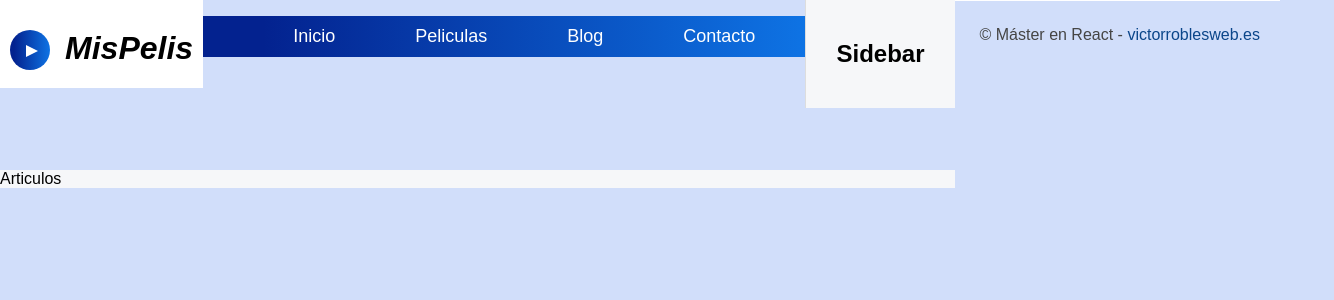
Repository: DamianBermudez94/frondEnd-blog
Page: /articulos
The author's editor kept a copy of each file at every save. The page is drawn from the files as they stood at one save, then again after the next save.
The browser window is 1280 px wide. The page is 1280 px wide, then 1334 px, so the pictures cover 1334 px, including what lies to the right of the window. The pictures show the whole page.
The project was rebuilt for these pictures with package versions that can differ from the ones it lists, and the page was loaded fresh each time. Also part of the build but not shown: vite.config.js, src/components/pages/Inicio.jsx, src/components/pages/Busqueda.jsx, src/components/pages/Crear.jsx, src/components/pages/Articulo.jsx.

Above is the page before, as saved 2023-08-07 19:27:57.

### index.html
<!doctype html>
<html lang="es">
  <head>
    <meta charset="UTF-8" />
    <link rel="icon" type="image/svg+xml" href="/vite.svg" />
    <meta name="viewport" content="width=device-width, initial-scale=1.0" />
    <title>Proyecto-blog</title>
  </head>
  <body>
    <div id="root"></div>
    <script type="module" src="/src/main.jsx"></script>
  </body>
</html>

### src/main.jsx

import ReactDOM from 'react-dom/client'
import App from './App.jsx'
import './index.css'

ReactDOM.createRoot(document.getElementById('root')).render(

    <App />

)

### src/App.jsx
import { Rutas } from "./router/rutas"



function App() {


  return (
    <div className="layout">
      <Rutas></Rutas>
    </div>
  )
}

export default App

### src/index.css
/*:root {
  font-family: Inter, system-ui, Avenir, Helvetica, Arial, sans-serif;
  line-height: 1.5;
  font-weight: 400;

  color-scheme: light dark;
  color: rgba(255, 255, 255, 0.87);
  background-color: #242424;

  font-synthesis: none;
  text-rendering: optimizeLegibility;
  -webkit-font-smoothing: antialiased;
  -moz-osx-font-smoothing: grayscale;
  -webkit-text-size-adjust: 100%;
}

a {
  font-weight: 500;
  color: #646cff;
  text-decoration: inherit;
}
a:hover {
  color: #535bf2;
}

body {
  margin: 0;
  display: flex;
  place-items: center;
  min-width: 320px;
  min-height: 100vh;
}

h1 {
  font-size: 3.2em;
  line-height: 1.1;
}

button {
  border-radius: 8px;
  border: 1px solid transparent;
  padding: 0.6em 1.2em;
  font-size: 1em;
  font-weight: 500;
  font-family: inherit;
  background-color: #1a1a1a;
  cursor: pointer;
  transition: border-color 0.25s;
}
button:hover {
  border-color: #000bdb;
}
button:focus,
button:focus-visible {
  outline: 4px auto -webkit-focus-ring-color;
}

@media (prefers-color-scheme: light) {
  :root {
    color: #213547;
    background-color: #ffffff;
  }
  a:hover {
    color: #000dff;
  }
  button {
    background-color: #f9f9f9;
  }
}*/


/*ESTILOS GENERALES*/

body{
  background: #d1defa;
  font-family: sans-serif, Arial, Helvetica;
  text-align: center;
  padding: 0px;
  margin: 0px;
  box-sizing: border-box;
}

.layout{
  width: 100%;
  height: auto;
  display: grid;
  grid-template-areas:
      "header header header header"
      "nav nav nav nav"
      "content content content lateral"
      "footer footer footer footer"
  ;
  grid-template-rows: 100px 70px auto 70px;
}

/*ESTILOS CABECERA*/

.header{
  grid-area: header;

  background: white;
  text-align: left;
  font-style: italic;

  display: flex;
  justify-content: center;
}

.logo{
  background: linear-gradient(90deg, #03228f 10%, #0e73e4 100%);
  width: 40px;
  height: 40px;
  border-radius: 300px;
  margin-top: 30px;
}

.play{
  width: 0;
  height: 0;
  margin-top: 15px;
  margin-left: 16px;
  border-left: 12px solid white;
  border-top: 6px solid transparent;
  border-bottom: 6px solid transparent;
}

.header h1{
  margin-left: 15px;
  margin-top: 30px;
}

/*ESTILOS DE LA BARRA DE NAVEGACIÓN*/

.nav{
  grid-area: nav;
  background: linear-gradient(90deg, #03228f 10%, #0e73e4 100%);
}

.nav > ul {
  display: flex;
  justify-content: center;
  align-items: center;
  list-style: none;
}

.nav li{
  padding: 10px;
}

.nav a {
  display: block;
  margin-left: 30px;
  margin-right: 30px;
  font-size: 18px;
  font-weight: lighter;
  color: white;
  text-decoration: none;
  transition: all 300ms;
}

.nav a:hover{
  transform: scale(1.1, 1.1);
}

/*ESTILOS PARA EL CONTENIDO PRINCIPAL*/

.content{
  grid-area: content;
  background: #f6f7f9;

  display: flex;
  flex-flow: row wrap;
  justify-content: flex-start;
  align-items: flex-start;
  flex-grow: 1;
}

.peli-item{
  flex-grow: 1;
  background: white;
  border-radius: 10px;
  box-shadow: 0px 0px 6px #ddd;
  margin: 20px;
  padding-top: 60px;
  padding-bottom: 60px;
  padding-left: 25px;
  padding-right: 25px;
}
.peli-item .edit{
  margin-right: 7px;
}
button,
input[type="submit"],
input[type="button"]{
  width: 100px;
  background: #0b70e1;
  color: white;
  border: 0;
  outline: 0;
  padding:15px;
  border-radius: 3px;
  margin-top:15px;
  text-transform: capitalize;
  font-size: 16px;
  font-weight: 500;
  cursor: pointer;
  transition: all 300ms;
}

.peli-item .edit:hover{
  background: #e77b00;
}

.peli-item .delete:hover{
  background: #9b0202;
}

/*ESTILOS BARRA LATERAL*/

.lateral{
  grid-area: lateral;
  background: #f6f7f9;
  border-left: 1px solid #ddd;
  padding: 20px;
}

.lateral > div{
  box-sizing: border-box;
  width: 90%;
  margin: 20px;
  padding: 20px;
  padding-top: 10px;
  background: white;
  border-radius: 10px;
  box-shadow: 0px 0px 6px #ddd;
}

.lateral input[type="text"],
.lateral input[type="text"],
.lateral textarea,
.edit_form input[type="text"],
.edit_form input[type="text"],
.edit_form textarea
{
  display: block;
  margin: 0 auto;
  margin-top: 15px;
  padding: 12px;
  border-radius: 5px;
  background: #f6f7f9;
  color: #454545;
  width: 80%;
  max-width: 250px;
  min-width: 250px;
  min-height: 30px;
  max-height: 250px;
  opacity: 4;
  outline: 0;
  border-color: transparent;
}
.no-encontrado{
  color: #9b0202;
}
.edit_form{
  border-top: 1px solid #ddd;
  margin-top: 10px;
}

/*ESTILOS PARA EL PIE DE PÁGINA*/
.footer{
  grid-area: footer;

  background: #d1defa;
  color: #454545;
  border-top: 1px solid white;
  text-align: left;
  line-height: 68px;
  padding-left: 25px;
}

.footer a{
  color: #0b468a;
  text-decoration: none;
}

@media (max-width: 1085px){
  .content {
      flex-flow: column wrap;
      justify-content: center;
      align-items: center;
  }

  .peli-item{
      width: 80%;
  }
}

### src/router/rutas.jsx
import React from "react";
import { BrowserRouter, Routes, Route, Navigate } from "react-router-dom";
import { Inicio } from "../components/pages/Inicio";
import { Busqueda } from "../components/pages/Busqueda";
import { Crear } from "../components/pages/Crear";
import Articulos from "../components/pages/Articulos";
import { Articulo } from "../components/pages/Articulo";
import { Header } from "../components/layout/Header";
import { Nav } from "../components/layout/Nav";
import { Footer } from "../components/layout/Footer";
import { Sidebar } from "../components/layout/Sidebar";


export const Rutas = ()=>{

    return(
        <BrowserRouter>
            {/*Layout*/}
            <Header></Header>
            <Nav></Nav>
            {/*Contenido principal y rutas*/}
            <section id="content" className="content">
                <Routes>
                    <Route path="/" element={<Inicio/>}/>
                    <Route path="/inicio" element={<Inicio/>}/>
                    <Route path="/busqueda" element={<Busqueda/>}/>
                    <Route path="/crear" element={<Crear/>}/>
                    <Route path="/articulos" element={<Articulos/>}/>
                    <Route path="/articulo" element={<Articulo/>}/>
                </Routes>
            </section>
            <Sidebar/>
            <Footer></Footer>
        </BrowserRouter>
    )

}

### src/components/pages/Articulos.jsx
import React from 'react'

const Articulos = () => {
  return (
    <div>Articulos</div>
  )
}

export default Articulos

### src/components/layout/Header.jsx
import React from 'react'

export const Header = () => {
  return (
    <div>
         <header className="header">
            <div className="logo">
                <div className="play"></div>
            </div>

            <h1>MisPelis</h1>
        </header>
    </div>
  )
}

### src/components/layout/Nav.jsx
import React from 'react'

export const Nav = () => {
  return (
    <div>
           <nav className="nav">
            <ul>
                <li><a href="/#">Inicio</a></li>
                <li><a href="/#">Peliculas</a></li>
                <li><a href="/#">Blog</a></li>
                <li><a href="/#">Contacto</a></li>
            </ul>
        </nav>
    </div>
  )
}

### src/components/layout/Footer.jsx
import React from 'react'

export const Footer = () => {
  return (
    <div>
         <footer className="footer">
            &copy; Máster en React - <a href="https://victorroblesweb.es">victorroblesweb.es</a>
        </footer>
    </div>
  )
}

### src/components/layout/Sidebar.jsx
import React from 'react'

export const Sidebar = () => {
  return (
    <div>
           {/*Barra lateral*/}
           <aside className="lateral">

            <h1>Sidebar</h1>

        </aside>
    </div>
  )
}

After the next save:
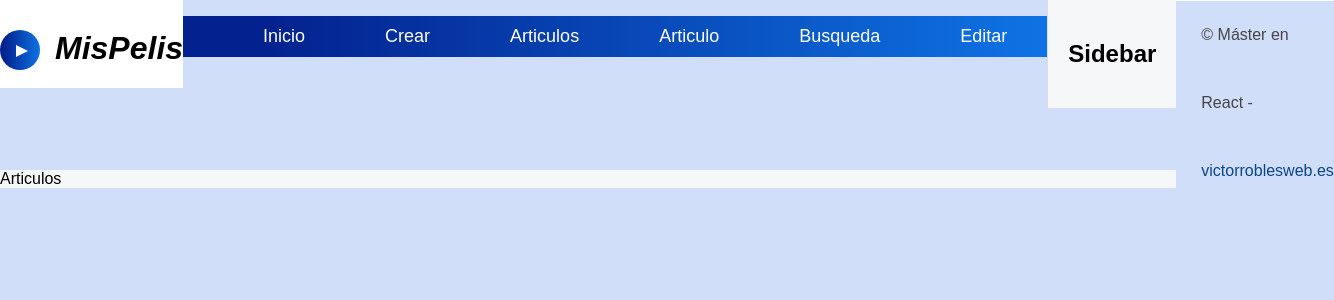
Saved 81 s later.
--- a/src/components/layout/Nav.jsx
+++ b/src/components/layout/Nav.jsx
@@ -6,9 +6,11 @@ export const Nav = () => {
            <nav className="nav">
             <ul>
                 <li><a href="/#">Inicio</a></li>
-                <li><a href="/#">Peliculas</a></li>
-                <li><a href="/#">Blog</a></li>
-                <li><a href="/#">Contacto</a></li>
+                <li><a href="/#">Crear</a></li>
+                <li><a href="/#">Articulos</a></li>
+                <li><a href="/#">Articulo</a></li>
+                <li><a href="/#">Busqueda</a></li>
+                <li><a href="/#">Editar</a></li>
             </ul>
         </nav>
     </div>
